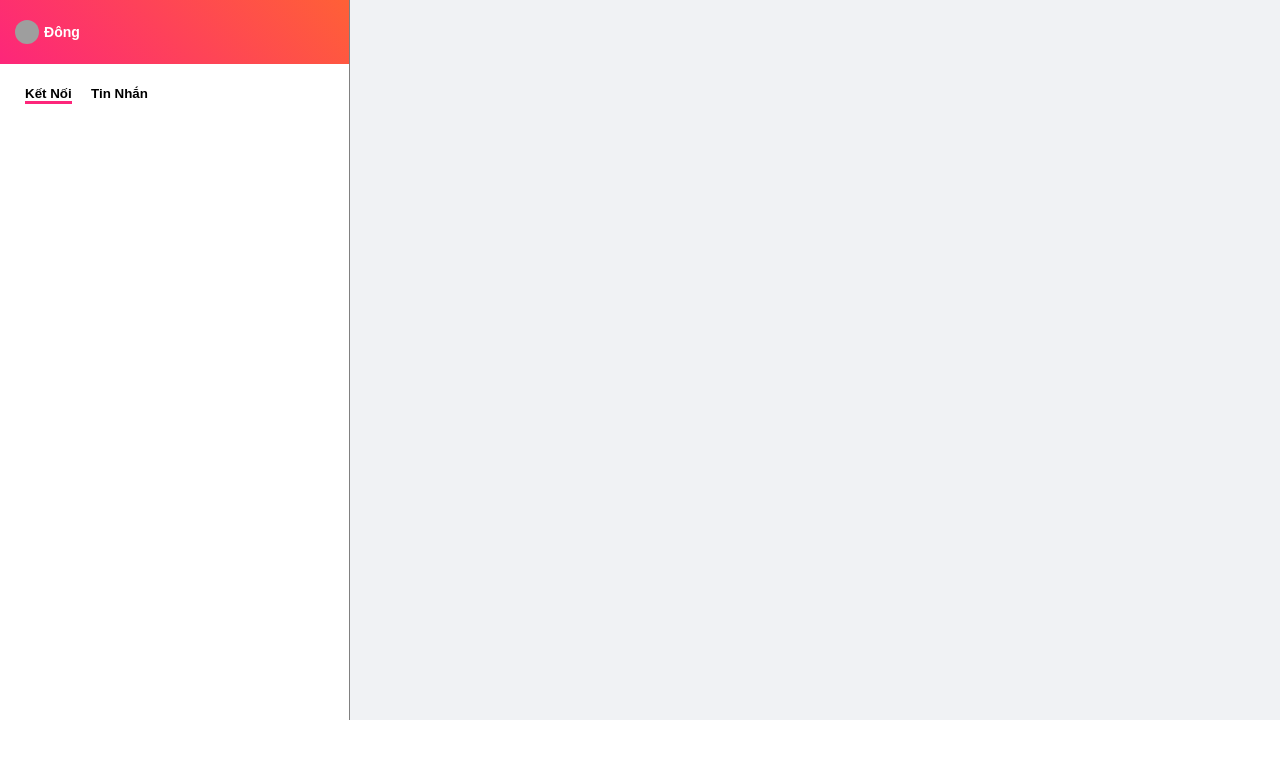
Repository: conquy2002/T2009A
Page: Project RobinTinder/website/index.html
These files come from the project's save history. The page is drawn as it stood at one moment and after the next save; the edit follows.
The browser window is 1280 px wide. The pictures show the whole page.
After loading, the first visible `button.nav-button` was clicked once.
Pictures or frames that could not be fetched are drawn as grey boxes.

Above is the page before, as saved 2022-01-07 10:20:58.

After the next save:
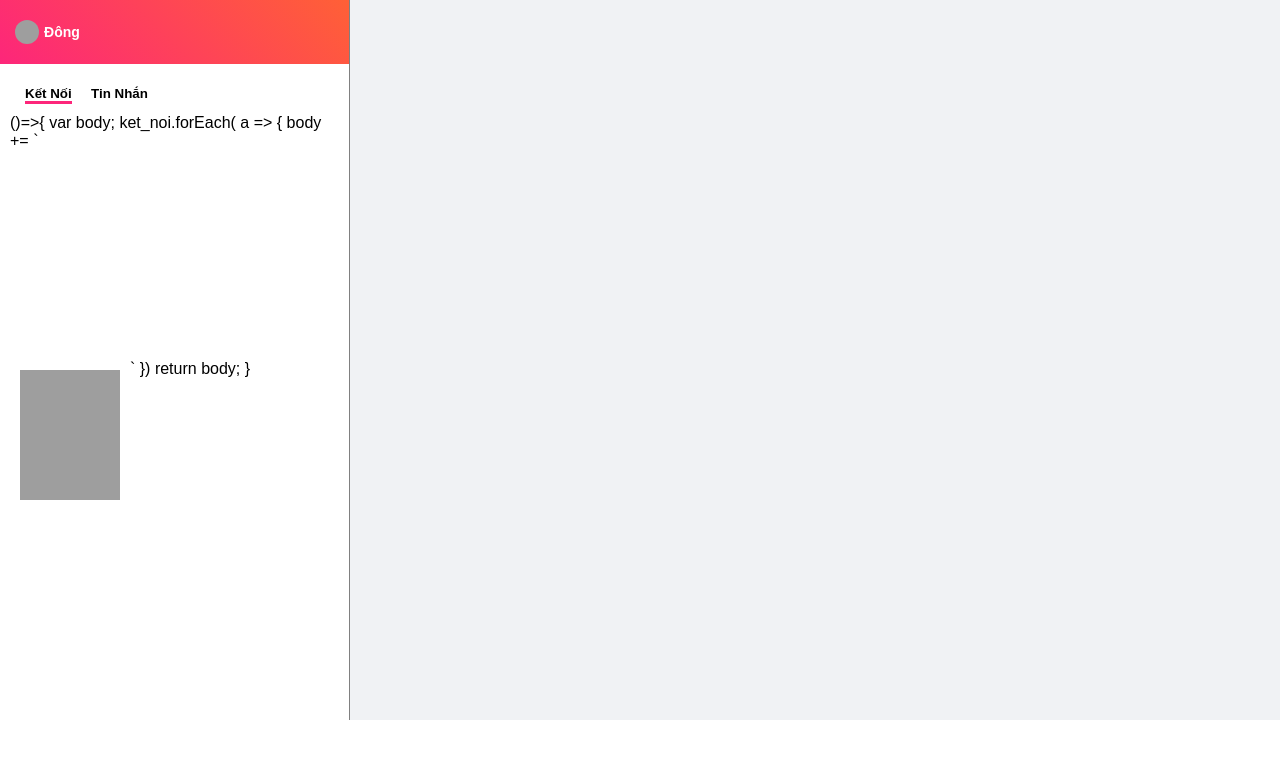
Saved 26 s later.
--- a/Project RobinTinder/website/js/main.js
+++ b/Project RobinTinder/website/js/main.js
@@ -114,7 +114,7 @@
 var nav_clicks = $$(".nav-button");
 for (const item of nav_clicks) {
     item.onclick = (e) => {
-        $("#js_nav_content_main").innerHTML = "";
-        nav_clicks_data[item.dataset.value]
+        $("#js_nav_content_main").innerHTML = nav_clicks_data[item.dataset.value];
+
     }
 }
